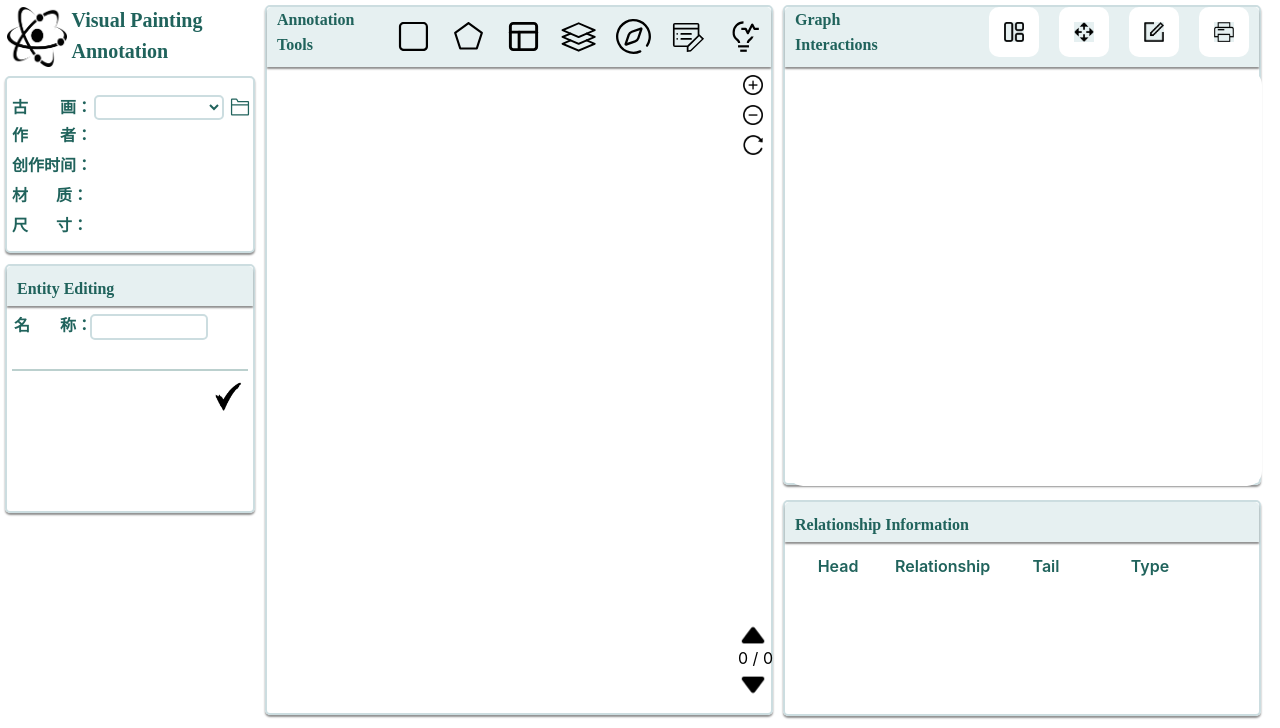
Repository: cailbh/ImageLabelTool
Page: /
An editor plug-in stored every save of this project. The page is shown before and after the next save, followed by the edit.
The browser window is 1280 px wide. The pictures show the whole page.
The project was rebuilt for these pictures with package versions that can differ from the ones it lists, and the page was loaded fresh each time.

Above is the page before, as saved 2022-10-30 15:37:49.

After the next save:
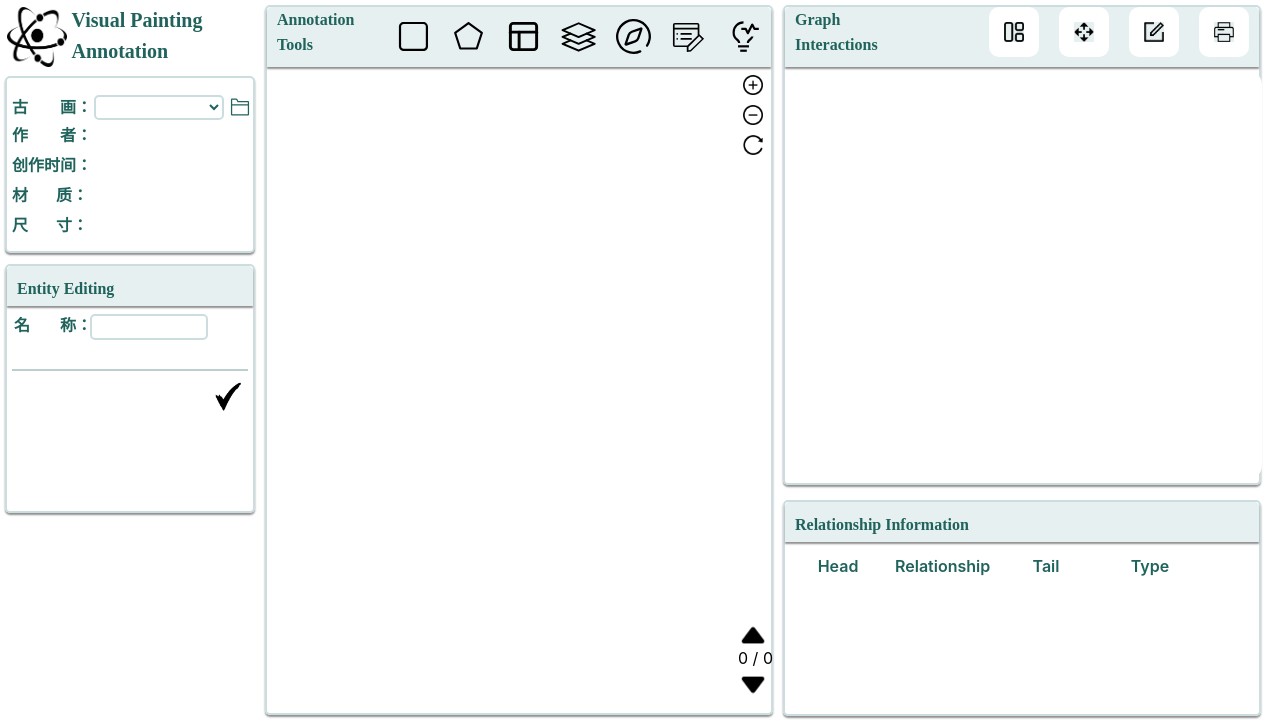
Saved 56 s later.
--- a/src/component/LabelDisplay/graph.css
+++ b/src/component/LabelDisplay/graph.css
@@ -1,6 +1,6 @@
 #graph{
 width: 100%;
-height: calc(100% - 60px);
+height: calc(100% - 66px);
 overflow: 'auto';
 background: #fff;
 box-sizing: border-box;
